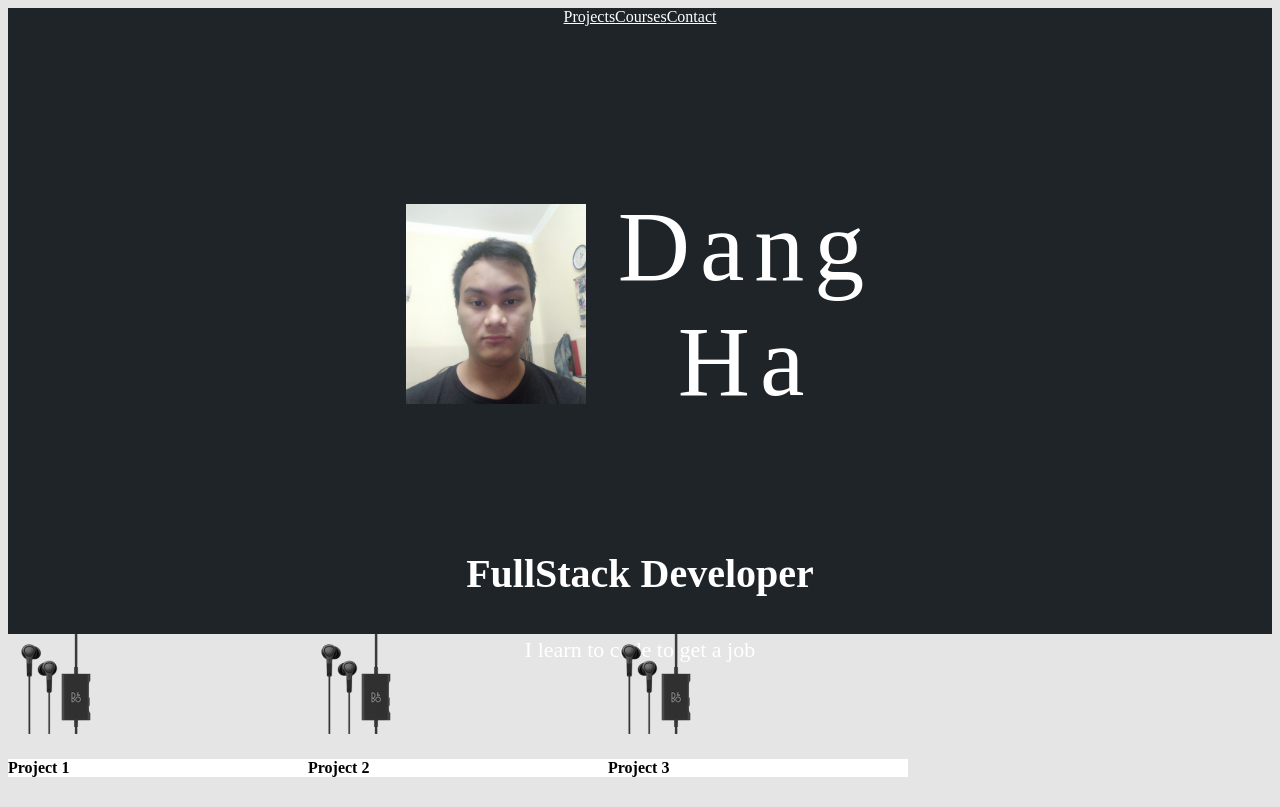
Repository: hagit01/ha-portfolio
Page: home.html
These files come from the project's save history. The page is drawn as it stood at one moment and after a run of saves; the edit follows.
The browser window is 1280 px wide. The pictures show the whole page.

Above is the page before, as saved 2021-07-30 10:39:57.

### home.html
<!DOCTYPE html>
<html>
<head>
    <meta charset="utf-8" >
    <meta http-equiv="X-UA-Compatible" content="IE=edge" >
    <title>Dang Ha</title>
    <meta name="viewport" content="width=device-width, initial-scale=1" />
    <link rel="stylesheet" type="text/css" media="screen" href="main.css" >
</head>

<body>

    <section class="navigation-bar">

        <a class="nav-link" href="#">
            Projects
        </a>

        <a class="nav-link" href="#">
            Courses
        </a>

        <a class="nav-link" href="#">
            Contact
        </a>

    </section>

    <section class="hero">
        <div class="hero--content">
            <div class="hero--content--intro">
                <img id="profile_pic" src="images/dangha.jpg" alt="">
                <h1 class="intro--name">Dang <br> Ha</h1>
            </div>
            <div class="hero--content--subsection">
                <h3 class="description">FullStack Developer</h3>
                <p class="slogan">I learn to code to get a job</p>
            </div>
        </div>
    </section>

    <section class="container">
        <div class="projects--wrapper">
            <div class="project--column">
                <img class="project--thumbnail" src="images/1.png" alt="" >
                <div class="project--body">
                    <h4>Project 1</h4>
                </div>
            </div>
            <div class="project--column">
                <img class="project--thumbnail" src="images/1.png" alt="" >
                <div class="project--body">
                    <h4>Project 2</h4>
                </div>
            </div>
            <div class="project--column">
                <img class="project--thumbnail" src="images/1.png" alt="" >
                <div class="project--body">
                    <h4>Project 3</h4>
                </div>
            </div>
        </div>

    </section>

</body>



</html>

### main.css
body{
    background-color: #E5E5E5;
}

.navigation-bar{
    background-color: #1F2428;
    height: 50px;
    display:flex;
    justify-content: center;
}

.nav-link{
    color: #fff;
}

.hero{
    background-color: #1F2428;
    height: 80vh;
    color:#fff;
}

#profile_pic{
    height: 200px;
    width: 180px;
    object-fit: cover;
}

.hero--content{
    width: 1000;
    margin: 0 auto;
    padding: 3em;
}

.hero--content--intro{
    display: flex;
    color: #fff;
    justify-content: center;
    align-items: center;
    gap: 2em;
    margin-bottom: 3em;
}

.hero--content--subsection{
    text-align: center;
}

.intro--name{
    font-size: 100px;
    letter-spacing: .1em;
    font-weight: 20;
    text-align: center;
}

.description{
    font-size: 40px;
}

.slogan{
    font-size:22px;
}

.projects--wrapper{
    display: flex;
}

.project--column{
    width: 300px;
}

.project--thumbnail{
    width: 100px;
}

.project--body{
    background-color: #fff;
}

After the next 2 saves:
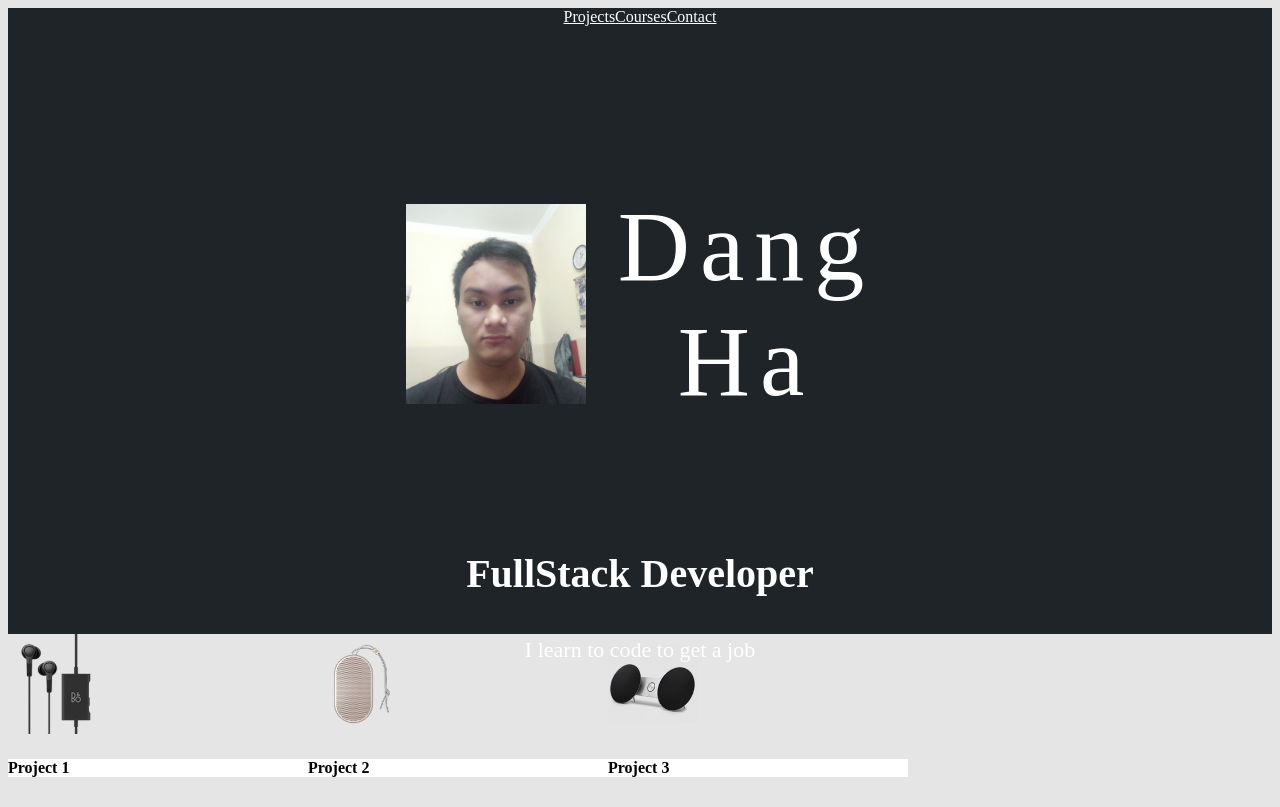
The 2 saves are shown as one change because they came seconds apart.
The last was saved 26 s later.
--- a/home.html
+++ b/home.html
@@ -48,13 +48,13 @@
                 </div>
             </div>
             <div class="project--column">
-                <img class="project--thumbnail" src="images/1.png" alt="" >
+                <img class="project--thumbnail" src="images/2.png" alt="" >
                 <div class="project--body">
                     <h4>Project 2</h4>
                 </div>
             </div>
             <div class="project--column">
-                <img class="project--thumbnail" src="images/1.png" alt="" >
+                <img class="project--thumbnail" src="images/3.png" alt="" >
                 <div class="project--body">
                     <h4>Project 3</h4>
                 </div>
